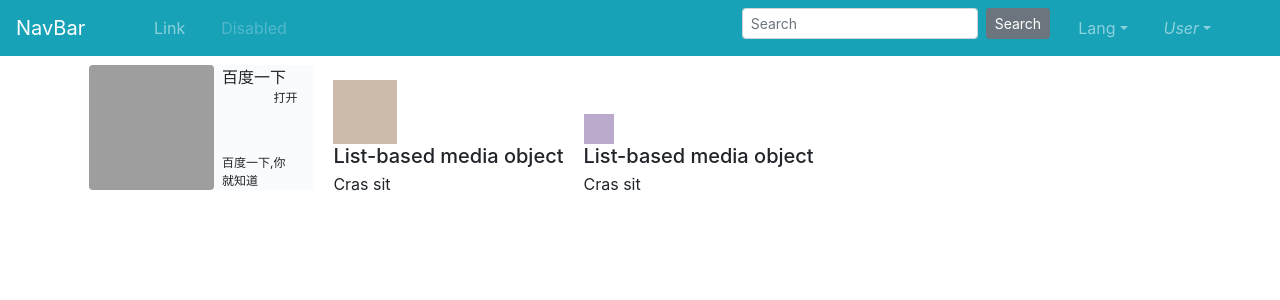
Repository: Funnyrz/vue-nav
Page: /
An editor plug-in stored every save of this project. The page is shown before and after a run of saves, followed by the edit.
The browser window is 1280 px wide. The pictures show the whole page.
Pictures or frames that could not be fetched are drawn as grey boxes. The project was rebuilt for these pictures with package versions that can differ from the ones it lists, and the page was loaded fresh each time.

Above is the page before, as saved 2020-08-27 10:56:53.

### public/index.html
<!DOCTYPE html>
<html lang="en">
  <head>
    <meta charset="utf-8">
    <meta http-equiv="X-UA-Compatible" content="IE=edge">
    <meta name="viewport" content="width=device-width,initial-scale=1.0">
    <link rel="icon" href="<%= BASE_URL %>favicon.ico">
    <title>vue-pic</title>
  </head>
  <body>
    <noscript>
      <strong>We're sorry but vue-pic doesn't work properly without JavaScript enabled. Please enable it to continue.</strong>
    </noscript>
    <div id="app"></div>
    <!-- built files will be auto injected -->
  </body>
</html>

### src/main.js
import Vue from 'vue'
import App from './App.vue'
import 'bootstrap/dist/css/bootstrap.css'
import 'bootstrap-vue/dist/bootstrap-vue.css'
import BootstrapVue from 'bootstrap-vue'
// ES Modules syntax

// require syntax

Vue.use(BootstrapVue)
Vue.config.productionTip = false

new Vue({
  render: h => h(App),
}).$mount('#app')

### src/App.vue
<template>
  <div id="app">
    <HelloWorld msg="Welcome to Your Vue.js App" />
  </div>
</template>

<script>
import HelloWorld from "./components/HelloWorld.vue";

export default {
  name: "app",
  components: {
    HelloWorld
  }
};
</script>

<style>
.container-fluid {
  width: 80%;
}
</style>

### src/components/HelloWorld.vue
<template>
  <div class="hello">
    <div>
      <b-navbar toggleable="lg" type="dark" variant="info">
        <b-navbar-brand href="#">NavBar</b-navbar-brand>

        <b-navbar-toggle target="nav-collapse"></b-navbar-toggle>
        <b-container fluid>
          <b-collapse id="nav-collapse" is-nav>
            <b-navbar-nav>
              <b-nav-item href="#">Link</b-nav-item>
              <b-nav-item href="#" disabled>Disabled</b-nav-item>
            </b-navbar-nav>

            <!-- Right aligned nav items -->
            <b-navbar-nav class="ml-auto">
              <b-nav-form>
                <b-form-input size="sm" class="mr-sm-2" placeholder="Search"></b-form-input>
                <b-button size="sm" class="my-2 my-sm-0" type="submit">Search</b-button>
              </b-nav-form>

              <b-nav-item-dropdown text="Lang" right>
                <b-dropdown-item href="#">EN</b-dropdown-item>
                <b-dropdown-item href="#">ES</b-dropdown-item>
                <b-dropdown-item href="#">RU</b-dropdown-item>
                <b-dropdown-item href="#">FA</b-dropdown-item>
              </b-nav-item-dropdown>

              <b-nav-item-dropdown right>
                <!-- Using 'button-content' slot -->
                <template v-slot:button-content>
                  <em>User</em>
                </template>
                <b-dropdown-item href="#">Profile</b-dropdown-item>
                <b-dropdown-item href="#">Sign Out</b-dropdown-item>
              </b-nav-item-dropdown>
            </b-navbar-nav>
          </b-collapse>
        </b-container>
      </b-navbar>

      <b-container fluid>
        <div>
          <ul class="list-unstyled">
            <b-media tag="li" class="nav-li">
              <template v-slot:aside>
                <b-img rounded alt="placeholder" src="https://picsum.photos/125/125/?image=58"></b-img>
                <div class="nav-card">
                  百度一下
                 <div class="nav-card-text">
                  百度一下,你就知道
                </div>
                <div class="nav-card-btn">
                 打开
               </div>
                </div>

              </template>
            </b-media>

            <b-media tag="li" class="my-4">
              <template v-slot:aside>
                <b-img blank blank-color="#cba" width="64" alt="placeholder" ></b-img>
              </template>

              <h5 class="mt-0 mb-1">List-based media object</h5>
              <p class="mb-0">Cras sit</p>
            </b-media>

            <b-media tag="li">
              <template v-slot:aside>
                <b-img blank blank-color="#bac" width="30" alt="placeholder"></b-img>
              </template>

              <h5 class="mt-0 mb-1">List-based media object</h5>
              <p class="mb-0">Cras sit</p>
            </b-media>
          </ul>
        </div>
      </b-container>
    </div>
  </div>
</template>

<script>
export default {
  name: "HelloWorld",
  props: {
    msg: String
  },
  data() {
    return {
      mainProps: {
        blank: true,
        blankColor: "#777",
        width: 75,
        height: 75,
        class: "m1"
      }
    };
  },
  mounted() {}
};
</script>

<!-- Add "scoped" attribute to limit CSS to this component only -->
<style scoped>
ul {
  list-style-type: none;
  padding: 0;
}
li {
  display: inline-block;
  margin: 0 10px;
}
a {
  color: #42b983;
}
.container-fluid{
  width: 90%;
}
.nav-li{
  width: 20%;
  background: #fafbfd;
}
.nav-card{position:relative;width:100%;margin-left: 8px;}
.nav-card-text{
  font-size:12px;bottom:0px;position:absolute;
}
.nav-card-btn{
  font-size:12px;right:0px;position:absolute;
}
</style>

After the next 2 saves:
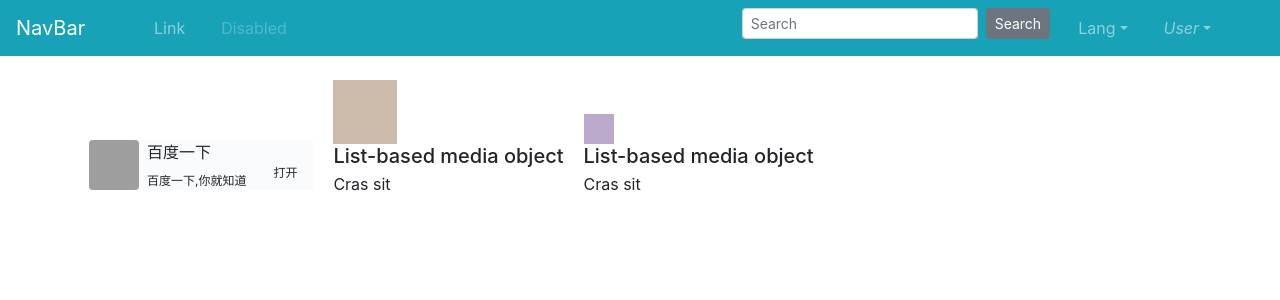
The 2 saves are shown as one change because they came seconds apart.
The last was saved 24 s later.
--- a/src/components/HelloWorld.vue
+++ b/src/components/HelloWorld.vue
@@ -44,7 +44,7 @@
           <ul class="list-unstyled">
             <b-media tag="li" class="nav-li">
               <template v-slot:aside>
-                <b-img rounded alt="placeholder" src="https://picsum.photos/125/125/?image=58"></b-img>
+                <b-img rounded alt="placeholder" width="50" src="https://picsum.photos/125/125/?image=58"></b-img>
                 <div class="nav-card">
                   百度一下
                  <div class="nav-card-text">
